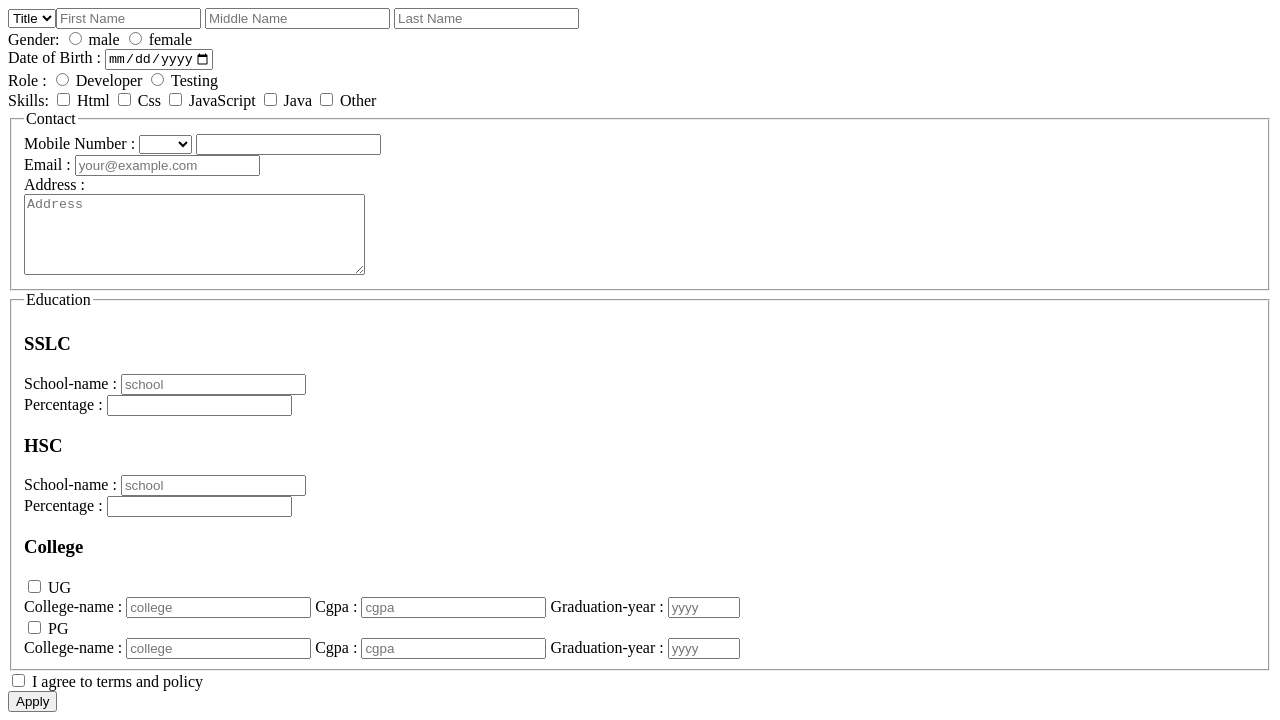
Repository: pradeepi2i/cab
Page: src/html/register.html
The author's editor kept a copy of each file at every save. The page is drawn from the files as they stood at one save, then again after the next save.
The browser window is 1280 px wide. The pictures show the whole page.

Above is the page before, as saved 2022-12-06 04:21:57.

### src/html/register.html
<!DOCTYPE html>
<html lang="en">
<head>
    <meta charset="UTF-8">
    <meta http-equiv="X-UA-Compatible" content="IE=edge">
    <meta name="viewport" content="width=device-width, initial-scale=1.0">
    <title>Register</title>
</head>
<body>
    <div id="register" class="register-container">

        <form action="add" class="user-details" name="userDetails">
                <div class="input-fields">

                    <select id="surname" maxlength="4" required autocomplete="off" required>
                        <datalist id="surname">
                            <option value="" selected disabled>Title </option>
                            <option value="Mr.">Mr.</option>
                            <option value="Mrs.">Mrs.</option>
                            <option value="Ms.">Ms.</option>
                        </datalist>
                        <label for="first-name">First Name :</label>
                        <input id="first-name" type="text" name="firstName" size="15" maxlength="12"
                            pattern="[A-Za-z]{3,}" title="Name required" placeholder="First Name"   required>
                        <input id="middle-name" type="text" name="middleName" placeholder="Middle Name" pattern="[A-Za-z]{3,}">
                        <input id="last-name" type="text" name="lastName" placeholder="Last Name" pattern="[A-Za-z]{3,}" required>
                </div>

                <div class="input-fields">
                    <span>Gender:</span>
                    <input id="gender" type="radio" name="gender" value="male" required>
                    <label for="gender">male</label>
                    <input id="gender" type="radio" name="gender" value="female">
                    <label for="gender">female</label>
                </div>
                <div class="input-fields">
                    <label for="date-of-birth">Date of Birth :</label>
                    <input id="date-of-birth" type="date" name="dateOfBirth" max="2004-11-29" required>
                </div>
                <div class="input-fields">
                    <span>Role :</span>
                    <input id="role" type="radio" name="role" value="Developer" required>
                    <label for="role">Developer</label>
                    <input id="role" type="radio" name="role" value="Testing">
                    <label for="role">Testing</label>
                </div>
                <div class="input-fields">
                    <span >Skills:</span>
                    <!-- <select name="skills" id="">
                        <option value="" selected disabled> </option>
                        <option value="Html">Html</option>
                        <option value="C">Css</option>
                        <option value="JavaScript">JavaScript</option>

                    </select> -->
                    <input id="skills" type="checkbox" name="skills" value="skills">
                    <label for="skills">Html</label>
                    <input id="skills" type="checkbox" name="skills" value="Html">
                    <label for="skills">Css</label>
                    <input id="skills" type="checkbox" name="skills" value="Css">
                    <label for="skills">JavaScript</label>
                    <input id="skills" type="checkbox" name="skills" value="JavaScript">
                    <label for="skills">Java</label>
                    <input id="skills" type="checkbox" name="skills" value="Java">
                    <label for="skills">Other</label>

                </div>
            </fieldset>
            <fieldset>
                <legend>Contact</legend>
                <div class="input-fields">
                    <label for="mobile-number">Mobile Number :</label>
                    <select name="countryCode" id="country-code" required>
                        <option value="" selected disabled> </option>
                        <option value="+90">+90</option>
                        <option value="+891">+891</option>
                        <option value="+04">+04</option>
                        <option value="+91">+91</option>
                    </select>
                    <input id="mobile-number" type="number" name="mobileNumber" required>
                </div>
                <div class="input-fields">
                    <label for="email">Email :</label>
                    <input id="email" type="email" name="email" placeholder="your@example.com">
                </div>
                <div class="input-fields">
                    <label for="address">Address :</label><br>
                    <textarea name="address" id="address" cols="40" rows="5" placeholder="Address"></textarea>
                </div>
            </fieldset>
            <fieldset>
                <legend>Education</legend>
                <h3>SSLC</h3>
                <div class="input-fields">
                    <label for="school-name">School-name :</label>
                    <input id="school-name" type="text" name="schoolName" placeholder="school" required>
                </div>
                <div class="input-fields">
                    <label for="sslc-percentage">Percentage :</label>
                    <input id="sslc-percentage" type="text" name="sslcPercentage" pattern="[0-9]{2}(.[0-9]{2}%)?"
                        title="valid percentage" maxlength="7" required>
                </div>

                <h3>HSC</h3>
                <div class="input-fields">
                    <label for="school-name">School-name :</label>
                    <input id="school-name" type="text" name="schoolName" placeholder="school">
                </div>
                <div class="input-fields">
                    <label for="sslc-percentage">Percentage :</label>
                    <input id="sslc-percentage" type="text" name="hscPercentage" pattern="[0-9]{2}(.[0-9]{2}%)?"
                        title="valid percentage" maxlength="7">
                </div>

                <h3>College</h3>
                <div class="input-fields ug">
                    <input type="checkbox" name="graduation" id="graduation">
                    <label for="graduation">UG</label><br>
                    <label for="college-name">College-name :</label>
                    <input id="college-name" type="text" name="collegeName" placeholder="college" required>
                    <label for="cgpa">Cgpa :</label>
                    <input id="year" type="text" name="cgpa" placeholder="cgpa" required>
                    <label for="year">Graduation-year :</label>
                    <input id="year" type="number" name="graduationYear" placeholder="yyyy" min="1999" max="2022" required>
                </div>
                <div class="input-fields pg">
                    <input type="checkbox" name="graduation" id="graduation">
                    <label for="graduation">PG</label> <br>
                    <label for="college-name">College-name :</label>
                    <input id="college-name" type="text" name="collegeName" placeholder="college">
                    <label for="cgpa">Cgpa :</label>
                    <input id="year" type="text" name="cgpa" placeholder="cgpa">
                    <label for="year">Graduation-year :</label>
                    <input id="year" type="number" name="graduationYear" placeholder="yyyy" min="1999" max="2022" >
                </div>
            </fieldset>


            <div class="input-fields">
                <input type="checkbox" name="agree" id="agree">
                <label for="check"> I agree to terms and policy</label>
            </div>
            <div class="input-fields">
                <input type="submit" value="Apply" name="submit">
            </div>
        </form>

    </div>

</body>
</html>

After the next save:
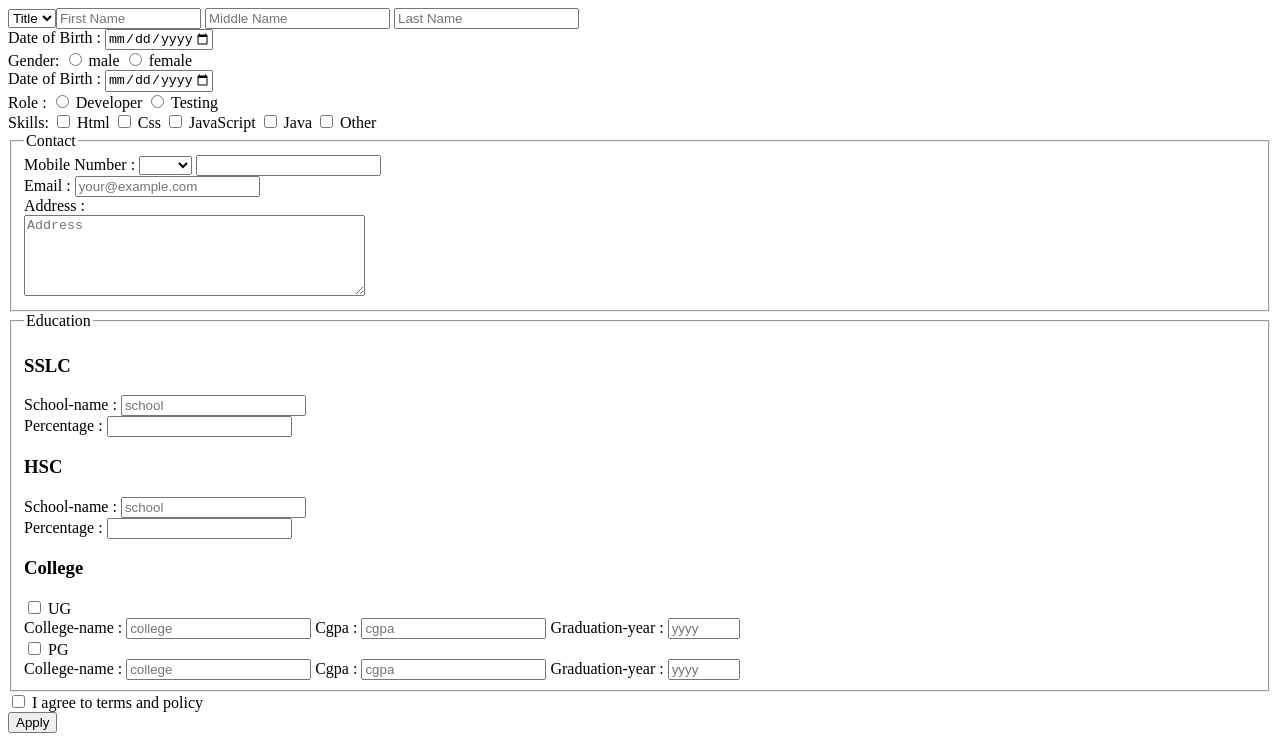
Saved 5 s later.
--- a/src/html/register.html
+++ b/src/html/register.html
@@ -25,7 +25,10 @@
                         <input id="middle-name" type="text" name="middleName" placeholder="Middle Name" pattern="[A-Za-z]{3,}">
                         <input id="last-name" type="text" name="lastName" placeholder="Last Name" pattern="[A-Za-z]{3,}" required>
                 </div>
-
+                <div class="input-fields">
+                    <label for="">Date of Birth :</label>
+                    <input id="date-of-birth" type="date" name="dateOfBirth" max="2004-11-29" required>
+                </div>
                 <div class="input-fields">
                     <span>Gender:</span>
                     <input id="gender" type="radio" name="gender" value="male" required>
